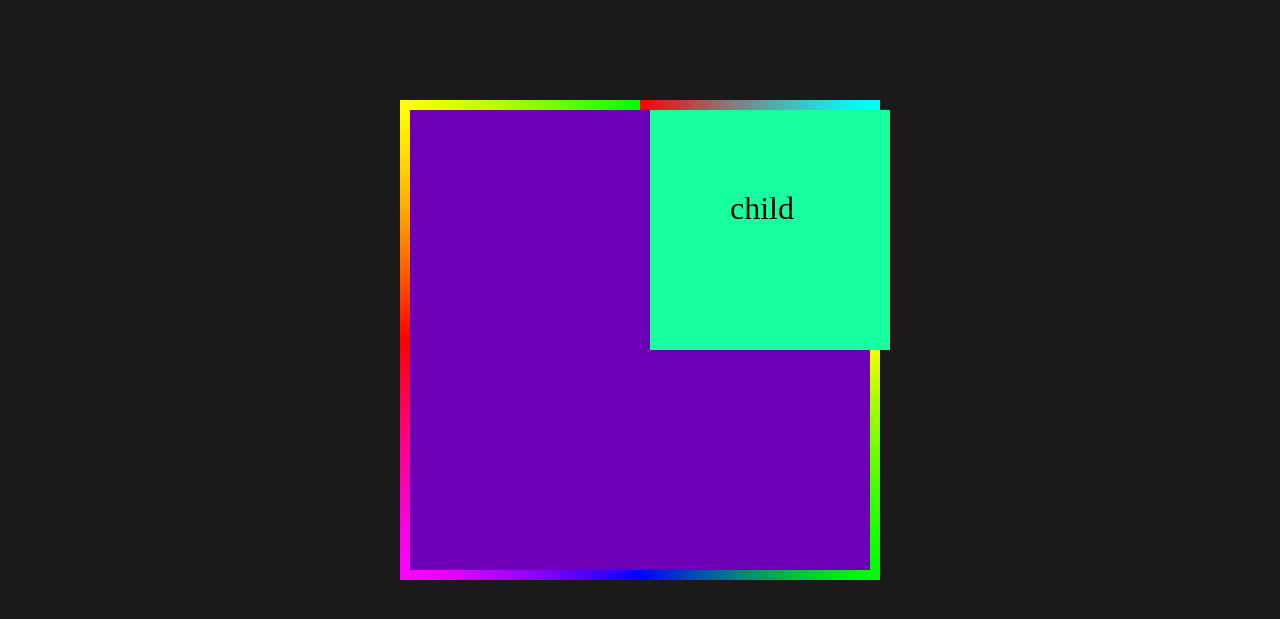
Repository: badhon252/revision
Page: Day-5/index.html
The author's editor kept a copy of each file at every save. The page is drawn from the files as they stood at one save, then again after the next save.
The browser window is 1280 px wide. The pictures show the whole page.
The pointer rests on the first visible `.parent`.

Above is the page before, as saved 2022-02-11 23:34:22.

After the next save:
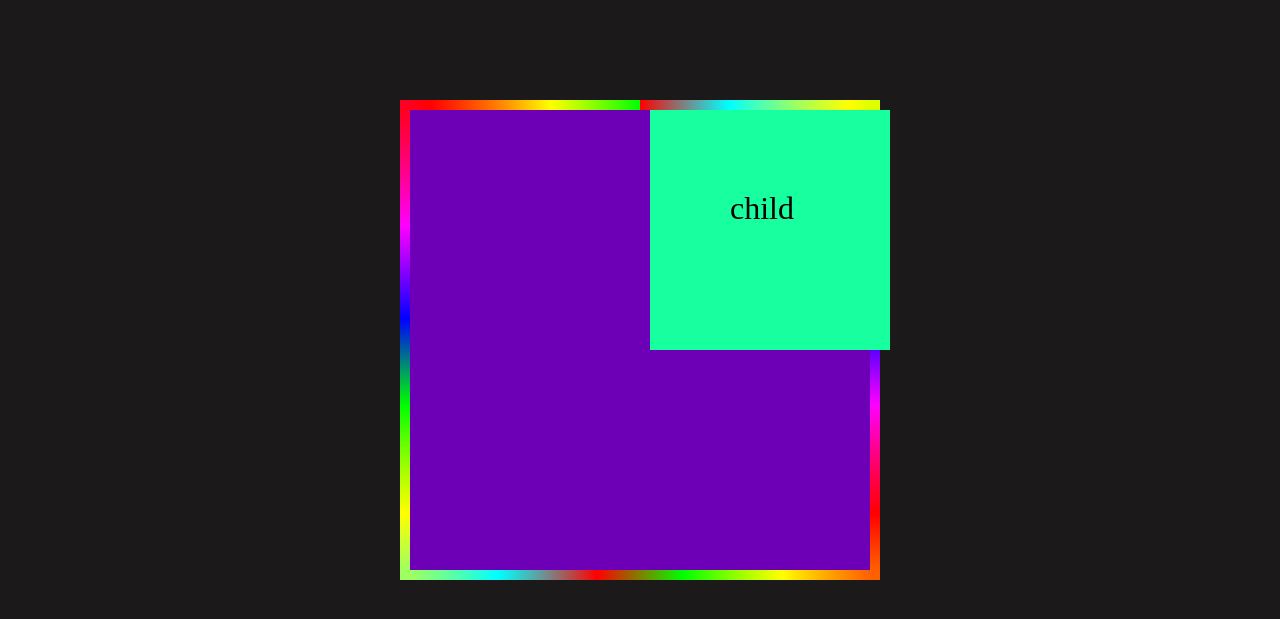
Saved 28 s later.
--- a/Day-5/index.css
+++ b/Day-5/index.css
@@ -55,6 +55,15 @@
       magenta,
       red,
       yellow,
+      lime,
+      red,
+      aqua,
+      yellow,
+      lime,
+      blue,
+      magenta,
+      red,
+      yellow,
       lime
     )
     1;
